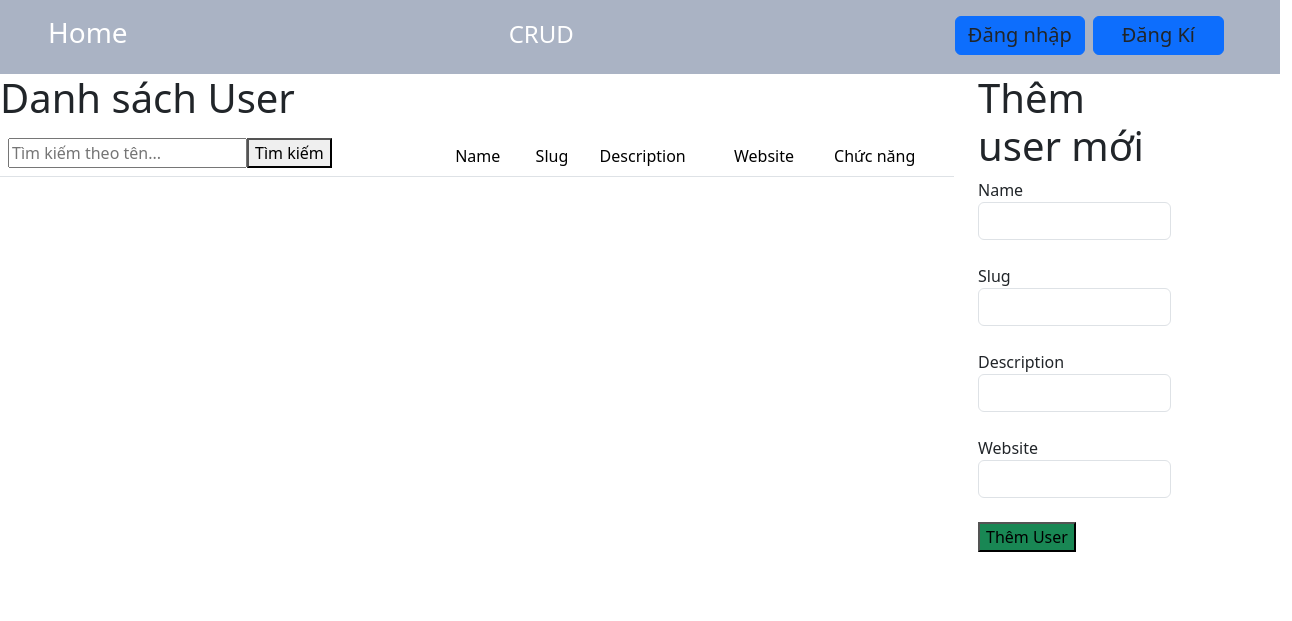
Repository: tung1999zxc/vue-project
Page: /crud2
An editor plug-in stored every save of this project. The page is shown before and after the next save, followed by the edit.
The browser window is 1280 px wide. The page is 1292 px wide, so the pictures cover 1292 px, including what lies to the right of the window. The pictures show the whole page.
The page's requests for data from a server got no answer. The project was rebuilt for these pictures with package versions that can differ from the ones it lists, and the page was loaded fresh each time. No one was signed in, and anything a server would have sent is missing. Also part of the build but not shown: vite.config.ts, src/components/test.vue, src/components/footer1.vue, src/views/HomeView.vue, src/components/login.vue, src/components/Regis.vue, src/components/crud.vue, src/components/upload.vue.

Above is the page before, as saved 2023-08-11 15:59:24.

### index.html
<!DOCTYPE html>
<html lang="en">
  <head>
    <meta charset="UTF-8">
    <meta name="viewport" content="width=device-width, initial-scale=1.0">
    <title>Vite App</title>
  </head>
  <body>
    <div id="app"><div></div></div>
    <script type="module" src="/src/main.js"></script>

  </body>
</html>

### src/main.js


import { createApp } from 'vue';
import { createPinia } from 'pinia';



import App from './App.vue'
import router from './router/index'
import store from './store/index'
import axios from 'axios';
import { Field, Form, ErrorMessage } from 'vee-validate';

import 'bootstrap/dist/css/bootstrap.css'

// const isAuthenticated = localStorage.getItem('token');
// if (isAuthenticated !== null) {
//   store.commit('SET_AUTHENTICATION', isAuthenticated === 'true');
// }

const savedState = JSON.parse(localStorage.getItem('appState'));

if (savedState) {
  store.replaceState(savedState);
}
const app = createApp(App)
app.component('Field', Field);
app.component('Form', Form);
app.component('ErrorMessage', ErrorMessage);
app.use(createPinia())
app.use(router)
app.use(store)
axios.defaults.headers.common['Authorization'] = `Bearer ${localStorage.getItem('token')}`;
app.mount('#app')

### src/App.vue
<template>
  <Menu/>
  <router-view></router-view>



</template>
<script setup lang="ts">
import axios from 'axios';
import { RouterLink, RouterView } from 'vue-router'
import Menu from './components/Menu.vue'


//import login from './components/login.vue'

// export default {
//   components: {
//     Menu,login2
//   },
// };

</script>

<style scoped>

</style>

### src/router/index.js
import { createRouter, createWebHistory } from 'vue-router'
import HomeView from '../views/HomeView.vue'
import Login from '../components/Login.vue'
import Regis from '../components/Regis.vue'
import crud from '../components/crud.vue'
import crud2 from '../components/crud2.vue'
import upload from '../components/upload.vue'


const router = createRouter({
  history: createWebHistory(import.meta.env.BASE_URL),
  routes : [
    {path: '/',component: HomeView,},
    {path: '/login',component:Login,},
    {path: '/Regis',component: Regis,},
    {path: '/crud',component: crud,},
    {path: '/crud2',component: crud2,},
    {path: '/upload',component: upload,},


  ]
})

export default router

### src/store/index.js
// store/index.js

import { createStore } from 'vuex'
import Vuex from 'vuex';
import auth from './auth';



const store = new Vuex.Store({
  modules: {
    auth, // Thêm Vuex module vào store với tên auth
  },
});

store.subscribe((mutation, state) => {
  localStorage.setItem('appState', JSON.stringify(state));
});

export default store;

### src/components/Menu.vue
<template>
    <div>
      <div class="justify-content-between d-flex px-5 py-3 " style="background: #aab3c4; ">


        <div class="h3"><router-link class="text-white text-decoration-none" to="/">Home</router-link></div>
        <div class="h4 mt-1"><router-link class="text-white text-decoration-none" to="/crud">CRUD</router-link></div>
        <!-- <div class="h4 mt-1"><router-link class="text-white text-decoration-none" to="/upload">UPLOAD</router-link></div> -->


        <div class=""><div v-if="!isAuthenticated" class="btn btn-primary mr-2 " >
          <router-link class="text-dark h5 text-decoration-none " to="/Login">Đăng nhập</router-link></div>
         <div v-else class="btn btn-danger " >
          <div @click="handleLogout">Đăng xuất</div></div>
         <div class="btn btn-primary mx-2"  v-show="!isAuthenticated"><router-link class=" h5 px-3 text-dark text-decoration-none" to="/Regis">Đăng Kí</router-link></div></div>

    </div>

    </div>
  </template>

  <script>
  import 'bootstrap/dist/css/bootstrap.css';
  import { mapState, mapGetters , mapMutations ,mapActions} from 'vuex';
  export default {
    computed: {
    ...mapGetters('auth', ['isAuthenticated','userinfo']),
  },
    methods: {
      ...mapMutations('auth', ['SET_AUTHENTICATED']),
      ...mapActions('auth', ['login', 'logout']),
    // handleLogin() {
    //   this.login(); // Call the login action to set isAuthenticated to true
    // },
    handleLogout() {
      this.logout(); // Call the logout action to set isAuthenticated to false
    },


        logoutUser(){
      // Xóa mã thông báo JWT khỏi localStorage khi đăng xuất
      localStorage.removeItem('token');
      // Hoặc đặt lại giá trị isAuthenticated về false khi đăng xuất
      this.SET_AUTHENTICATED = null;
      alert('đăng xuất thành  công');



    },
    },

  };
  </script>

  <style scoped>


  </style>

### src/components/crud2.vue
<template>
    <div>
      <div class="row">
        <div class="col-9">
          <h1>Danh sách User</h1>
          <table class="table">
            <thead>
              <tr>
                <td>
                  <input v-model="nameSearch.Name" placeholder="Tìm kiếm theo tên..." />
                  <button @click="handleSearch">Tìm kiếm</button>
                </td>
                <td>Name</td>
                <td>Slug</td>
                <td>Description</td>
                <td>Website</td>
                <td>Chức năng</td>
              </tr>
            </thead>
            <tr v-for="user in users" :key="user.Id">
              <td>{{ user.Id }}</td>
              <td>{{ user.Name }}</td>
              <td>{{ user.Slug }}</td>
              <td>{{ user.Description }}</td>
              <td>{{ user.Website }}</td>
              <td>
                <button @click="_editUser(user)">Chỉnh sửa</button>
                <button @click="deleteUser(user.Id)">Xóa</button>
              </td>
            </tr>
          </table>
        </div>
        <div class="col-2">
          <h1 v-if="editUser.Id">Chỉnh sửa user</h1>
          <h1 v-else>Thêm user mới</h1>
          <form @submit.prevent="editUser.Id ? updateUser() : addNewUser()">
            <label for="Name">Name</label>
            <input class="form-control " type="text" id="Name" v-model="editUser.Name" v-if="editUser.Id" required>
            <input class="form-control " type="text" id="Name" v-model="newUser.Name" v-else required>
            <br>
            <label for="Slug">Slug</label>
            <input class="form-control " type="text" id="Slug" v-model="editUser.Slug" v-if="editUser.Id" required>
            <input class="form-control " type="text" id="Slug" v-model="newUser.Slug" v-else required>

            <br>

            <label for="Description">Description</label>
            <input class="form-control " type="text" id="Description" v-model="editUser.Description" v-if="editUser.Id" required>
            <input class="form-control" type="text" id="Description" v-model="newUser.Description"   v-else required>
            <br>
            <label for="Website">Website</label>
            <input class="form-control" type="text" id="Website" v-model="editUser.Website" v-if="editUser.Id" required>
            <input class="form-control" type="text" id="Website" v-model="newUser.Website" v-else  required>
            <br>
            <button class="btn-block bg-success" type="submit">
              {{ editUser.Id ? 'Lưu' : 'Thêm User' }}
            </button>
          </form>
        </div>
      </div>
    </div>
  </template>

  <script>
  import { ref, onMounted } from 'vue';
  import axios from 'axios';

  export default {
    name: 'YourComponentName',
    setup() {
      const nameSearch = ref({ Name: '' });
      const users = ref([]);
      const newUser = ref({
        Name: '',
        Slug: '',
        Description: '',
        Website: '',
      });
      const editUser = ref({
        Id: '',
        Name: '',
        Slug: '',
        Description: '',
        Website: '',
      });

      const handleSearch = async () => {
        try {
          const response = await axios.post('https://api.tranhai.net/api/manufacturer/_search', nameSearch.value);
          users.value = response.data.data;
        } catch (err) {
          console.error(err);
          alert('Tìm kiếm thất bại');
        }
      };

      const getUsers = async () => {
        try {
          const response = await axios.post('https://api.tranhai.net/api/manufacturer/_search', {
            Page: 1,
            PageSize: 10,
          });
          users.value = response.data.data;
        } catch (error) {
          alert('Lỗi khi lấy dữ liệu user:', error);
        }
      };

      const addNewUser = async () => {
      try {
        const response = await axios.post('https://api.tranhai.net/api/manufacturer', newUser.value);
        getUsers();
        alert('Thêm thành công');
        // Reset form
        newUser.value.Name = '';
        newUser.value.Slug = '';
        newUser.value.Description = '';
        newUser.value.Website = '';
      } catch (error) {
        console.error('Lỗi khi thêm user:', error);
      }
    };

    const _editUser = (user) => {
      editUser.value.Id = user.Id;
      editUser.value.Name = user.Name;
      editUser.value.Slug = user.Slug;
      editUser.value.Description = user.Description;
      editUser.value.Website = user.Website;
    };

    const updateUser = async () => {
      try {
        const response = await axios.put(`https://api.tranhai.net/api/manufacturer/${editUser.value.Id}`, editUser.value);
        console.log(response.data);
        getUsers();
        editUser.value = {
          Id: '',
          Name: '',
          Slug: '',
          Description: '',
          Website: '',
        };
      } catch (error) {
        console.error('Lỗi khi cập nhật user:', error);
      }
    };

    const deleteUser = async (userId) => {
      try {
        const response = await axios.delete(`https://api.tranhai.net/api/manufacturer?ids=${userId}`);
        alert('Xóa thành công user:');
        getUsers();
      } catch (error) {
        console.error('Lỗi khi xóa user:', error);
      }
    };
    onMounted(() => {
      getUsers();
    });

    return {
      nameSearch,
      users,
      newUser,
      editUser,
      _editUser,
      handleSearch,
      getUsers,
      addNewUser,
      updateUser,
      deleteUser,
    };
    },
  };
  </script>

  <style scoped></style>

### src/store/auth.js
const state = {
  isAuthenticated: localStorage.getItem('token'),
  // userinfo: JSON.parse(localStorage.getItem('userinfo')),
  userinfo: null,

  // Các thông tin người dùng khác nếu cần
};

const getters = {
  isAuthenticated: state => state.isAuthenticated,
  userinfo: state => state.userinfo,

  // Các getters khác nếu cần
};
  const mutations = {
    SET_AUTHENTICATED(state, value) {
      state.isAuthenticated = value;
    },
    SET_USERINFO(state, value) {
      state.userinfo = value;

    },
    // Các mutations khác nếu cần
  };
  import axios from 'axios';
  import router from '../router/index';
  const actions = {
    login({ commit }, { username, password }) {

      axios.post('https://api.tranhai.net/api/auth/login', {
      username: username,
      password: password
    })
    .then(response => {
      const data = response.data;
      localStorage.setItem('token', data.access_token);
      commit('SET_AUTHENTICATED', localStorage.getItem('token'));

      axios.get('https://api.tranhai.net/api/userinfo/me'
      // {
      //   headers: {
      //     Authorization: 'Bearer ' + localStorage.getItem('token'),
      //   }}
        )
      .then(response=>{
        // localStorage.setItem('userinfo', JSON.stringify(response.data));
        commit('SET_USERINFO',response.data)


      })
      .catch(error =>{
        alert('lấy thông tin thất bại');
      })

      // console.log(data)
      // this.token = data.access_token;
    })
    .catch(error => {
      // Xử lý lỗi đăng nhập
      console.error(error);

      alert('Đăng nhập thất bại!');

    });

    //
    //

        },


      logout({ commit }) {
        localStorage.removeItem('token');
        localStorage.removeItem('userinfo');
          commit('SET_AUTHENTICATED', localStorage.getItem('token'));
          commit('SET_USERINFO', {});
          alert('đăng xuất thành  công');
        },

  };


  export default {
    namespaced: true,
    state,
    mutations,
    actions,
    getters,
  };

After the next save:
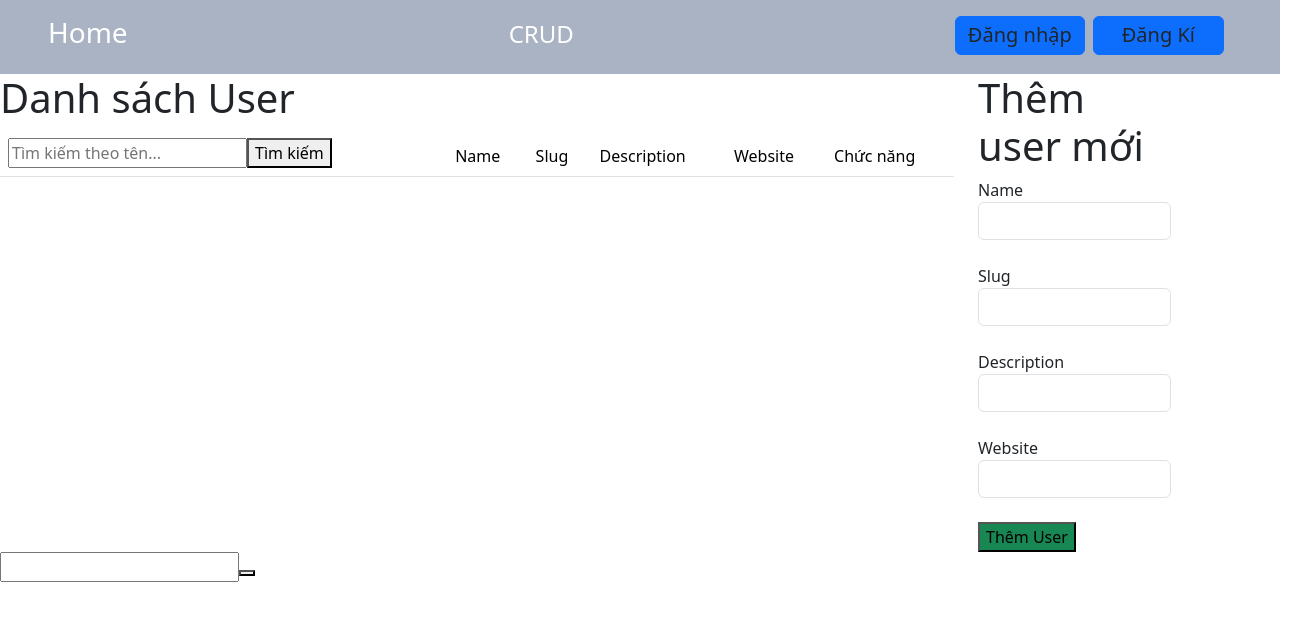
Saved 5 min 52 s later.
--- a/src/components/crud2.vue
+++ b/src/components/crud2.vue
@@ -58,6 +58,8 @@
           </form>
         </div>
       </div>
+      <input type="text" v-model="so1">
+      <button></button>
     </div>
   </template>
 
@@ -68,6 +70,7 @@
   export default {
     name: 'YourComponentName',
     setup() {
+      const so1 = ref(1);
       const nameSearch = ref({ Name: '' });
       const users = ref([]);
       const newUser = ref({
